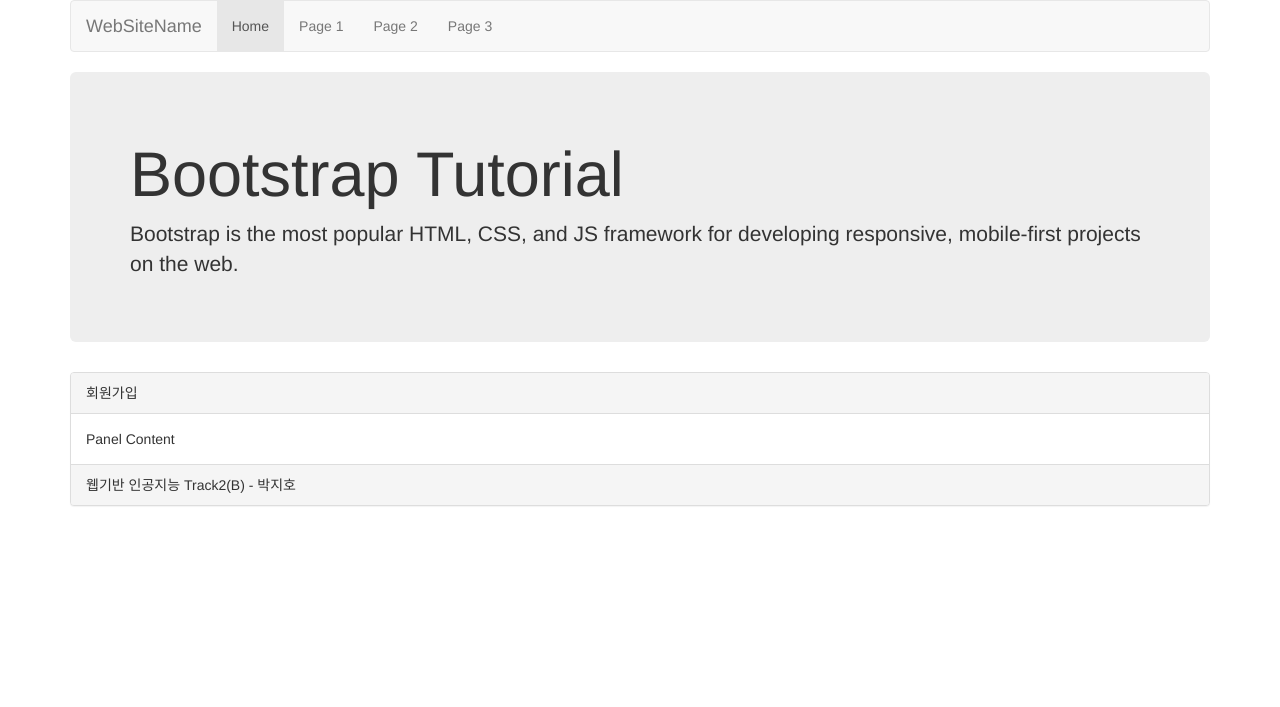
Repository: Jipumpkin/WebServer
Page: http://localhost/FrontCommandPattern/main.jsp
These files come from the project's save history. The page is drawn as it stood at one moment and after the next save; the edit follows.
The browser window is 1280 px wide. The pictures show the whole page.
The page is served by Tomcat 9.

Above is the page before, as saved 2024-08-20 01:15:34.

After the next save:
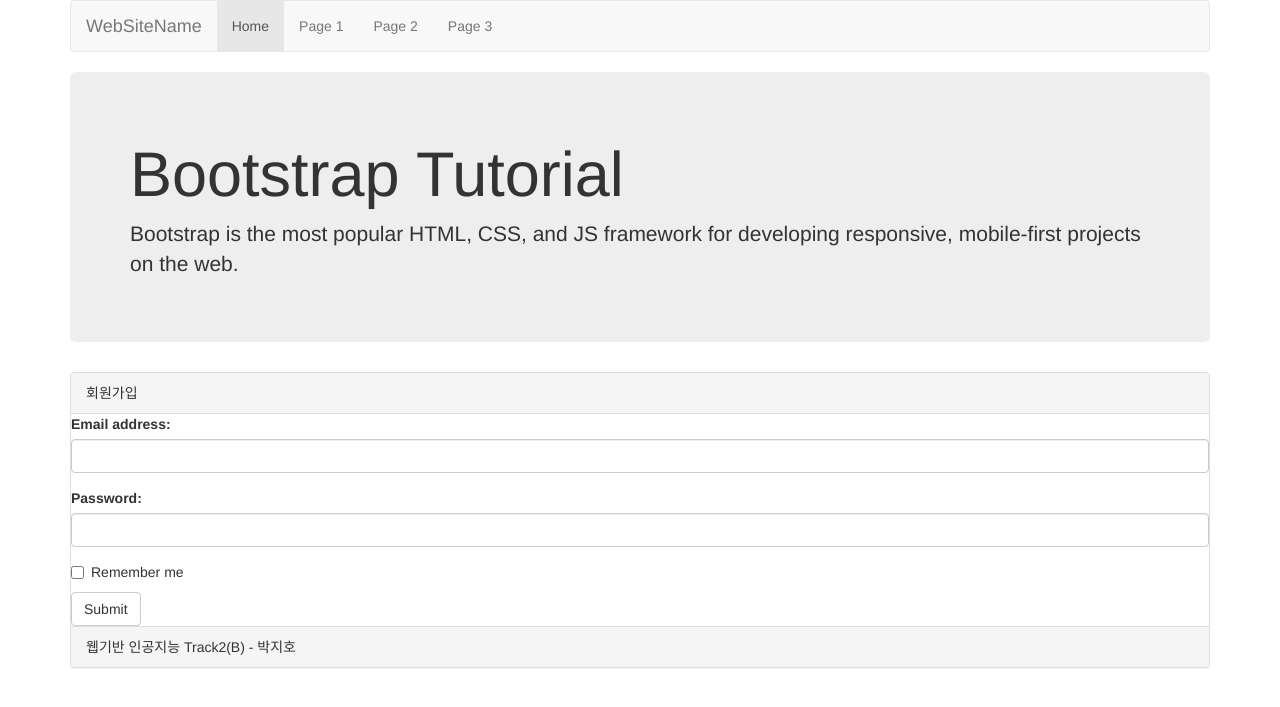
Saved 2 min 45 s later.
--- a/FrontCommandPattern/src/main/webapp/main.jsp
+++ b/FrontCommandPattern/src/main/webapp/main.jsp
@@ -5,9 +5,9 @@
 <head>
 <meta charset="EUC-KR">
 <title>Insert title here</title>
-  <link rel="stylesheet" href="https://maxcdn.bootstrapcdn.com/bootstrap/3.4.1/css/bootstrap.min.css">
-  <script src="https://ajax.googleapis.com/ajax/libs/jquery/3.7.1/jquery.min.js"></script>
-  <script src="https://maxcdn.bootstrapcdn.com/bootstrap/3.4.1/js/bootstrap.min.js"></script>
+<link rel="stylesheet" href="https://maxcdn.bootstrapcdn.com/bootstrap/3.4.1/css/bootstrap.min.css">
+<script src="https://ajax.googleapis.com/ajax/libs/jquery/3.7.1/jquery.min.js"></script>
+<script src="https://maxcdn.bootstrapcdn.com/bootstrap/3.4.1/js/bootstrap.min.js"></script>
 </head>
 <body>
 	<div class="container">
@@ -34,7 +34,22 @@
 
 	 	<div class="panel panel-default">
 		    <div class="panel-heading">회원가입</div>
-		    <div class="panel-body">Panel Content</div>
+
+			<form action="/action_page.php">
+			  <div class="form-group">
+			    <label for="email">Email address:</label>
+			    <input type="email" class="form-control" id="email">
+			  </div>
+			  <div class="form-group">
+			    <label for="pwd">Password:</label>
+			    <input type="password" class="form-control" id="pwd">
+			  </div>
+			  <div class="checkbox">
+			    <label><input type="checkbox"> Remember me</label>
+			  </div>
+			  <button type="submit" class="btn btn-default">Submit</button>
+			</form>
+
 		    <div class="panel-footer">웹기반 인공지능 Track2(B) - 박지호</div>
 	  	</div>
 	</div>
